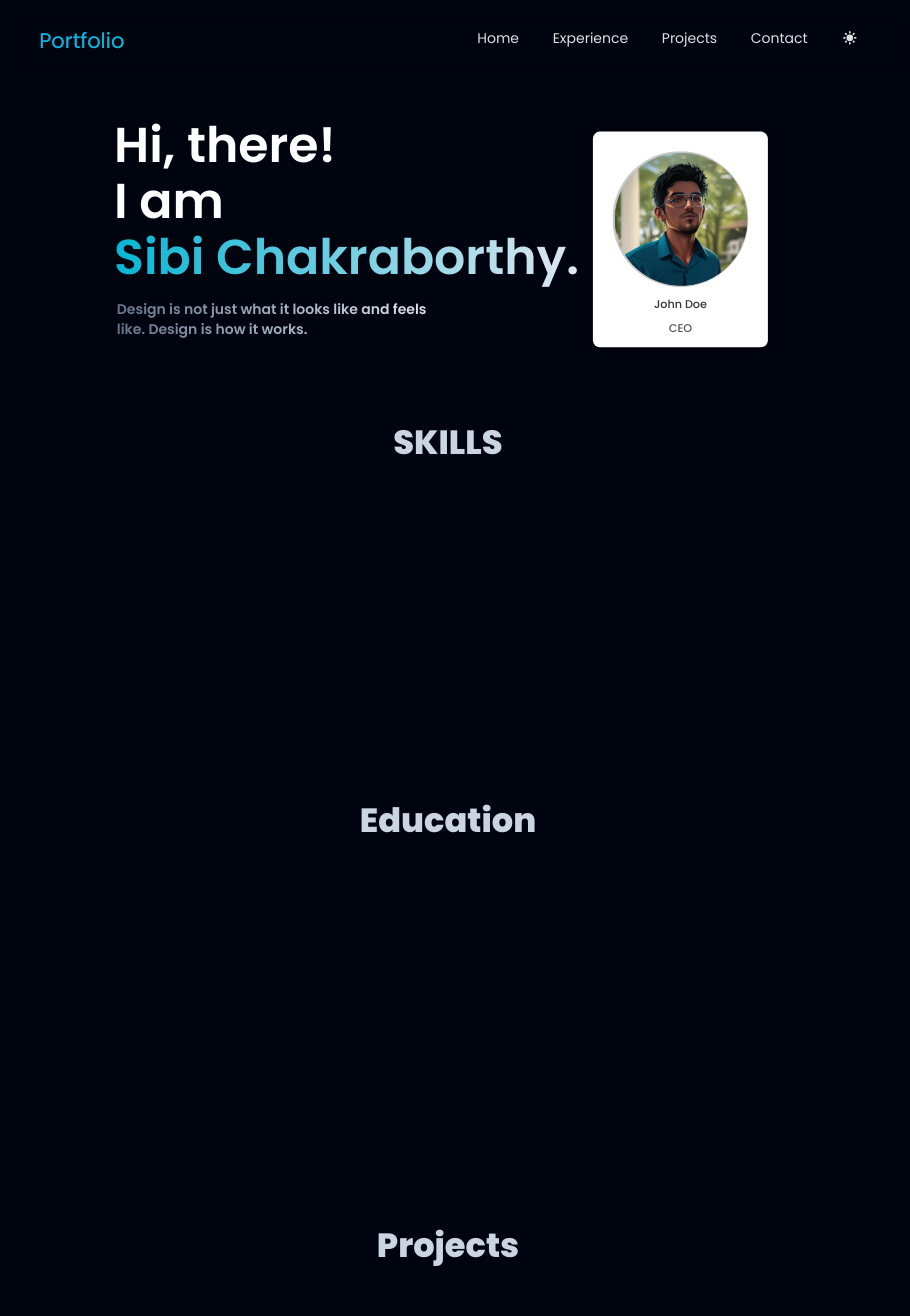
Repository: sibi24sibi/MyPersonalPortfolio
Page: /
The author's editor kept a copy of each file at every save. The page is drawn from the files as they stood at one save, then again after the next save.
The browser window is 1280 px wide. The page is 1300 px wide, so the pictures cover 1300 px, including what lies to the right of the window. The pictures show the part of the page from y = 0 to 1880 px (the page is 3414 px tall), at 70% of full size.
The project was rebuilt for these pictures with package versions that can differ from the ones it lists, and the page was loaded fresh each time. Also part of the build but not shown: vite.config.js, src/components/Menu.jsx, src/components/Footer.jsx.

Above is the page before, as saved 2024-05-03 17:41:45.

### index.html
<!DOCTYPE html>
<html lang="en">

<head>
  <meta charset="UTF-8" />
  <link rel="icon" type="image/svg+xml" href="" />
  <meta name="viewport" content="width=device-width, initial-scale=1 , maximum-scale=1 ,user-scalable=no" />
  <title>
    Personal Portfolio
  </title>
</head>

<body className="darkMode">
  <div id="root" className="px-5 w-screen"></div>
  <script type="module" src="/src/main.jsx"></script>
</body>

</html>

### src/index.css
@import url('https://fonts.googleapis.com/css2?family=Poppins:wght@300;400;500;600;800&display=swap');
@tailwind base;
@tailwind components;
@tailwind utilities;

html {
    @apply overflow-x-hidden scroll-smooth
}

body {

    @apply dark:bg-[#00040f] bg-[#e2e2e2ab]
}

### src/App.jsx
import Navbar from "./components/Navbar";
import About from "./components/About";

import Education from "./components/Education";
import Projects from "./components/Projects";
import Skills from "./components/Skills";

import HashLoader from "react-spinners/HashLoader";
import CTA from "./components/CTA";
import MyEmailLayout from "./components/email";
import Footer from "./components/Footer";


import { useState, useEffect } from "react";

const override = {
  display: "flex",
  justifyContent: "center",
  alignItems: "center",
  marginTop: "5rem",
  borderColor: "red",
};

const App = () => {
  const [loading, setLoading] = useState(true);

  useEffect(() => {
    setLoading(true);
    setTimeout(() => {
      setLoading(false);
    }, 3000);
  }, []);
  return (
    <>
      {loading ? (
        <div className="flex h-screen w-screen justify-center items-center bg-[#00040f] ">
          <HashLoader
            color="#0891b2"
            loading={loading}
            cssOverride={override}
            size={90}
            aria-label="Loading Spinner"
            data-testid="loader"
          />
        </div>
      ) : (
        <div className=" flex flex-col justify-center items-center">
          <Navbar></Navbar>
          <About></About>
          <Skills></Skills>
          <Education></Education>
          <Projects></Projects>
          <CTA></CTA>
          <MyEmailLayout></MyEmailLayout>
          {/* <Footer></Footer> */}
        </div>
      )}
    </>
  );
};
export default App;

### src/components/Navbar.jsx
import { CgMenuRightAlt } from "react-icons/cg";
import { HiSun, HiMoon } from "react-icons/hi";
import { useState, useEffect } from "react";
import Menu from "./Menu";

const Navbar = () => {
  const [nav, setNav] = useState(false);

  const [theme, setTheme] = useState("light");

  useEffect(() => {
    if (theme === "dark") {
      document.documentElement.classList.remove("dark");
    } else {
      document.documentElement.classList.add("dark");
    }
  }, [theme]);

  const handleTheme = () => {
    setTheme(theme === "dark" ? "light" : "dark");
  };

  return (
    <>
      <section className="NAVBAR sticky top-0 backdrop-blur-[5px] z-10 pt-5  translate-x-[20px] min-w-full mt-5 font-['Poppins']  max-sm:p-2 max-sm:mx-1 max-sm:max-h-[48px] ">
        <div className="flex  justify-between capitalize md:ml-9 sm:ml-2">
          <div className="LOGO ">
            <a
              href="#"
              className="text-3xl bg-gradient-to-r from-blue-600 to-cyan-600 bg-clip-text text-transparent dark:text-cyan-500 max-sm:text-2xl"
            >
              {"Portfolio"}
            </a>
          </div>
          <div className="NAVLINKS min-w-full pr-9 text-[20px] translate-x-[-160px]  max-sm:hidden flex justify-end gap-12 text-[#00040f] dark:text-[#e1e1e1] ">
            <a href="#about" className=" hover:text-cyan-500">
              Home
            </a>
            <a href="#experience" className="hover:text-cyan-500">
              Experience
            </a>
            {/* <a href="#education" className="hover:text-cyan-500 ">
              Education
            </a> */}
            <a href="#projects" className="hover:text-cyan-500 ">
              Projects
            </a>
            <a href="#contact" className="hover:text-cyan-500 ">
              Contact
            </a>

            <button onClick={handleTheme}>
              {theme === "dark" ? (
                <HiMoon className="-translate-y-1 text-2xl" />
              ) : (
                <HiSun className="-translate-y-1 text-2xl" />
              )}
            </button>

            </div>
            </div>
          <button onClick={() => setNav(!nav)}>
            <CgMenuRightAlt className="hidden max-sm:block mr-5   absolute top-2  right-10 md:transform-none text-[#00040f] dark:text-[#e1e1e1] text-[32px]" />
          </button>


        {nav && <Menu />}

      </section>



    </>
  );
};
export default Navbar;

### src/components/About.jsx
import Lottie from "lottie-react";
import computer from "../assets/lottie/computer.json";
import Profile from "../assets/Profile.jpg";
import "./about-style.css";

const About = () => {
  return (
    <>
      <section
        id="about"
        className="p-5 mx-2 mb-10 font-medium font-['Poppins'] max-w-6xl max-sm:p-2 max-sm:mx-5"
      >
        <div className="WRAPPER mt-12 flex justify-between max-sm:flex-col gap-35">
        <div className="INTRO text-[70px] leading-[80px] font-semibold max-sm:text-[40px] max-sm:leading-[70px] max-sm:font-semibold">
            <h3 className="text-[#00040f] dark:text-white">
              Hi, there! <br />I am
            </h3>
            <span className="bg-clip-text text-transparent bg-gradient-to-r  from-blue-600 to-cyan-600 dark:from-cyan-500 dark:to-slate-200">
             Sibi Chakraborthy.

            </span>

            <p className="ABOUT h-[100px] text-xl max-sm:text-[15px] bg-clip-text text-transparent  bg-gradient-to-r  from-[#00040f] to-slate-500 dark:from-slate-500 dark:to-slate-200 max-w-[470px] mt-5 pl-1">
            Design is not just what it looks like and feels like. Design is how it works.
            </p>
          </div>
        <div className="div">



        <div className="team-member">
            <img src={Profile} alt="Profile"/>
            <h3>John Doe</h3>
            <p>CEO</p>
        </div>



        </div>
        </div>
      </section>
    </>
  );
};
export default About;

### src/components/Education.jsx
import Lottie from "lottie-react";
import education from "../assets/lottie/education.json";
import SAEC from "../assets/SAEC.png";
import AOS from "aos";

import { useEffect } from "react";

const Education = () => {
  useEffect(() => {
    AOS.init();
  }, []);
  return (
    <section
      id="education"
      className="EXPERIENCE max-w-6xl p-5 mx-20 mb-25 font-['Poppins']  max-sm:p-2 max-sm:mx-5"
    >
      <div className="WRAPPER mt-10">
        <h1 className="text-[#00040f] dark:text-slate-300 text-center font-extrabold text-5xl mb-5 max-sm:text-4xl   ">
          Education
        </h1>

        <div
          className="EDUCATION flex gap-7 justify-between flex-row-reverse max-sm:flex-col"
          data-aos="fade-right"
        >
          <div className="max-w-[520px] mt-[52px] p-7 max-sm:p-3">
            <div className="flex gap-5">
              <img
                src={SAEC}
                alt="SAEC"
                className="w-[150px] h-[100px]"
              />
              <h1 className="bg-clip-text text-transparent bg-gradient-to-r max-sm:text-[17px] from-amber-500 via-orange-600 to-yellow-500 dark:from-[#ff6600] dark:to-slate-100 font-semibold text-2xl w-[300px] h-[100px] tracking-wider ">
                Syed Ammal engineering college
              </h1>
            </div>

            <div className="mt-7 flex flex-col gap-5 text-left pl-4">
              <h3 className="capitalize  text-slate-800 dark:text-slate-300 text-xl max-sm:text-lg">
                Bachelor of technology
              </h3>
              <p className="italic capitalize text-gray-500 dark:text-slate-500 text-xl max-sm:text-lg leading-9">
                November 2020 - May 2024
              </p>

              <p className="capitalize text-gray-500 dark:text-slate-500 text-xl max-sm:text-lg leading-9">
                Computer Science and Engineering
              </p>
            </div>
          </div>
          <Lottie
            animationData={education}
            loop={true}
            className="max-w-[500px]"
          />
        </div>
      </div>
    </section>
  );
};
export default Education;

### src/components/Skills.jsx
import {
  HTML,
  CSS,
  Github,
  Git,
  Vite,
  TailwindCSS,
  react,
  Python,
  Javascript,
  CPP,
  C,
  Vue,
  nodejs
} from "../constants/Constant";

import AOS from "aos";
import "aos/dist/aos.css";
import { useEffect } from "react";
import Image from "./Img_prop";

const Skills = () => {
  useEffect(() => {
    AOS.init();
  }, []);
  return (
    <>
      <section className="EXPERIENCE p-5  mb-10 max-w-6xl  font-['Poppins']  max-sm:p-2 max-sm:mx-5">
        <div>
        <h1 className="text-[#00040f] dark:text-slate-300 font-extrabold text-5xl text-center max-sm:text-4xl ">
          SKILLS
        </h1>
        </div>
        <div
          className=" grid place-content-start  grid-cols-3 gap-4 max-sm:p-2 mt-10"
          data-aos="zoom-out-up"
        >
          <Image img={HTML}></Image>
          <Image img={CSS}></Image>
          <Image img={Javascript}></Image>
          <Image img={react}></Image>
          <Image img={TailwindCSS}></Image>
          {/* <Image img={Vue}></Image>
          <Image img={CPP}></Image>
          <Image img={C}></Image> */}
          <Image img={Python}></Image>
          {/* <Image img={Vite}></Image> */}
          <Image img={Git}></Image>
          <Image img={Github}></Image>
          <Image img={nodejs}></Image>
        </div>
      </section>
    </>
  );
};
export default Skills;

### src/components/CTA.jsx
function CTA() {
  const resumeLink = "/Sibi-Chakraborthy-V.pdf";
  return (
    <div id="resume" className="pt-36 max-w-6xl resume relative w-full flex justify-center ">

      <div className="pt-14 mx-20 pb-40">
        <h2 className="text-4xl md:text-5xl max-sm:text-[35px] max-sm:leading-[60px] font-bold mb-10 text-[#00040f] dark:text-white text-center">
          Need to know about me more
        </h2>
        <div className="flex justify-center ">
        <a
          href={resumeLink}
          className="cursor-pointer font-bold whitespace-nowrap
        mt-6 px-8 py-3 dark:text-[#e1e1e1] border-2 rounded-full border-[#808080]  bg-bg hover:bg-fun-pink hover:border-fun-pink transition-colors inline-flex items-center"
        >
          <svg class="fill-current w-4 h-4 mr-2" xmlns="http://www.w3.org/2000/svg" viewBox="0 0 20 20"><path d="M13 8V2H7v6H2l8 8 8-8h-5zM0 18h20v2H0v-2z"/></svg>
          <span>Resume</span>

        </a>

        </div>
      </div>


    </div>
  );
}

export default CTA;

### src/components/email.jsx
import React, { useRef, useEffect } from "react";
import emailjs from '@emailjs/browser';



const MyEmailLayout = () => {
  const form = useRef();

  useEffect(() => {
    // Initialize emailjs
    emailjs.init('-fw29uVaf1UZJqOVT');
  }, []);

  const sendEmail = (e) => {
    e.preventDefault();

    emailjs

      .sendForm('service_hgvjibu', 'template_f9rmzk9', form.current)
      .then(
        () => {
          alert('Email sent successfully!');
        },
        (error) => {
          alert('Failed to send email. Please try again later.');
          console.error('Email Error:', error);
        }
      );
  };

  return (
    <div   className="mb-20 max-w-6xl" id="contact">

      <div className=" mx-10 max-sm:mx-5 ">
      <div className="div">
      <h1 className="text-2xl dark:text-[#e1e1e1] font-bold mb-4 ">SEND ME A EMAIL</h1>
      </div>
      <form ref={form} onSubmit={sendEmail}>
        <div className="grid  grid-cols-2 gap-4 flex justify-center">
          <div>
            <label htmlFor="name" className="dark:text-[#e1e1e1]">Name</label>
            <input
              type="text"
              id="name"
              name="user_name"
              className="px-3 py-2 placeholder-gray-400 text-gray-600 relative dark:bg-slate-300 bg-stone-300 rounded text-sm border-0 shadow outline-none focus:outline-none focus:ring  w-full"
            />
          </div>
          <div>
            <label htmlFor="email" className="dark:text-[#e1e1e1]">Email</label>
            <input
              type="email"
              id="email"
              name="user_email"
              className="px-3 py-2 placeholder-gray-400 text-gray-600 relative dark:bg-slate-300 bg-stone-300 rounded text-sm border-0 shadow outline-none focus:outline-none focus:ring w-full"
            />
          </div>
        </div>
        <label htmlFor="message" className="dark:text-[#e1e1e1]">Message</label>
        <textarea
          placeholder=""
          name="message"
          className="px-3 py-2 placeholder-gray-400 text-gray-600 relative dark:bg-slate-300 bg-stone-300 rounded text-sm border-0 shadow outline-none focus:outline-none focus:ring h-40 w-full "
        ></textarea>
        <button
          type="submit"
          className="bg-blue-500 rounded-full text-white px-4 py-2 mt-4 float-right"
          value="Send"
        >
          Send Email
        </button>
      </form>
      </div>
    </div>
  );
};

export default MyEmailLayout;

### src/components/about-style.css


.team-member {
    text-align: center;
    margin: 20px;
    background-color: #fff; /* White background for each team member */
    padding: 15px; /* Add padding for better visual appeal */
    border-radius: 10px; /* Add rounded corners */
    box-shadow: 0 0 10px rgba(0, 0, 0, 0.1); /* Add a subtle box shadow */
}

.team-member img {
    width: 200px;
    height: 200px;
    border-radius: 50%;
    object-fit: cover;
    margin: 10px;

/* Additional styling for the image */
border: 3px solid #fff; /* Add a white border around the image */
/* transition: transform 0.3s ease-in-out; Add a smooth transition effect */

/* Hover effect: Scale the image slightly on hover */
/* cursor: pointer; */
}

/* Add a hover effect for better user interaction */
.team-member img:hover {
transform: scale(1.1);
}


.team-member h3 {
    margin: 10px 0;
    color: #333; /* Darken the text color */
}

.team-member p {
    color: #555;
}

### src/components/Project_prop.jsx
/* eslint-disable react/prop-types */

import "./proj_style.css";


const Project_prop = (props) => {
  return (
    <>



      <div className="card bg-blue-100 dark:bg-sky-950 rounded-lg shadow-lg aspect-w-16 aspect-h-9 ">
        <h3
        className="title capitalize font-bold h-20 text-slate-800 dark:text-slate-300 text-xl max-sm:text-lg m-5 text-center"
        >
          {props.title}
        </h3>
            <div className="bar h-1 min-w-40 dark:bg-gray-800  bg-slate-600  mx-5"></div>
        <div className="flex gap-1 ml-3 mt-3 ">
                {props.react}
                {props.vite}
                {props.html5}
                {props.css3}
                {props.php}
                {props.mysql}
                {props.javascript}
                {props.tailwindcss}
                {props.laravel}
                {props.bootstrap}
                {props.wordpress}

        </div>
        <p className="dark:text-slate-500 mt-2 text-sm px-5  select-none">
          {props.para}
        </p>
      </div>




    </>
  );
};
export default Project_prop;

### src/constants/Constant.jsx
import C from "../assets/C.png";
import CPP from "../assets/CPP.png";
import HTML from "../assets/HTML.png";
import Github from "../assets/Github.png";
import CSS from "../assets/CSS.png";
import Python from "../assets/Python.png";
import Javascript from "../assets/Javascript.png";
import Git from "../assets/Git.png";
import Vite from "../assets/Vite.png";
import TailwindCSS from "../assets/TailwindCSS.png";
import react from "../assets/react.png";
import Vue from "../assets/vue.png";
import nodejs from "../assets/nodejs.png";

import Hackthechain from "../assets/HackTheChainLogo.png";
import GSSOC from "../assets/GSSoc.jpg";
import IITB from "../assets/IITB.png";
import Sports from "../assets/Sports_Club.png";
import IIITians from "../assets/IIITians_Network.png";
import GDSC from "../assets/GDSC.png";
import KDE from "../assets/kde.png";
import Oppia from "../assets/oppia.png";

import GPT4 from "../assets/gpt4.jpg";
import Portfolio from "../assets/portfolio.jpg";
import Rocket from "../assets/Rocket.jpg";
import Game from "../assets/Stone.jpg";
import WellBeing from "../assets/well-being.jpg";

export {
  C,
  CPP,
  HTML,
  CSS,
  Github,
  Git,
  Vite,
  TailwindCSS,
  react ,
  Python,
  Javascript,
  Vue,
  Hackthechain,
  GSSOC,
  IITB,
  Sports,
  IIITians,
  GPT4,
  Portfolio,
  Rocket,
  WellBeing,
  Game,
  GDSC,
  KDE,
  nodejs,
  Oppia,
};

### src/components/Img_prop.jsx
const Img_prop = ({ img }) => {
  return (
    <>
      <div className="mr-60 w-[100px] max-sm:w-[75px] h-[100px] max-sm:h-[75px] shadow-xl shadow-slate-300 dark:shadow-lg dark:shadow-blue-500/50 bg-gradient-to-bl from-[#ccc] to-[#eee] dark:from-[#051937] dark:to-[#222] rounded-full place-content-center grid translate-x-[100px] max-sm:translate-x-1">
        <img src={img} alt="html" className="max-sm:h-[45px] h-[55px] " />
      </div>
    </>
  );
};
export default Img_prop;

### src/components/proj_style.css



  .card {
    position: relative;
    left: 0px;
    width: 200px;
    height: fit-content;
    min-height: 320px;
    padding-bottom: 10px;
  }

  .card:not(:first-child) {
      margin-left: -50px;
  }

  .card:hover {
    transform: translateY(-20px);
    transition: 0.4s ease-out;
  }

  .card:hover ~ .card {
    position: relative;
    left: 50px;
    transition: 0.4s ease-out;
  }

@media only screen and (max-width: 600px) {
  .card {
    position:unset;
    left:unset;
    padding-bottom:unset;
    margin: 10px;;
    padding-bottom:unset;
  }
  .card:hover {
    transform:unset ;
    transition:unset;
    margin-left:unset;
  }
  .card:not(:first-child) {
    margin-left:10px;

  }
  .card:hover ~ .card {
    position:unset;
    left:unset;
    transition:unset;
  }
}

Loaded but not shown: src/main.jsx (common file); src/assets/lottie/computer.json (common file); src/assets/lottie/Education.json (common file); tailwind.config.js (common file); src/components/Projects.jsx (189 lines, source omitted)

After the next save:
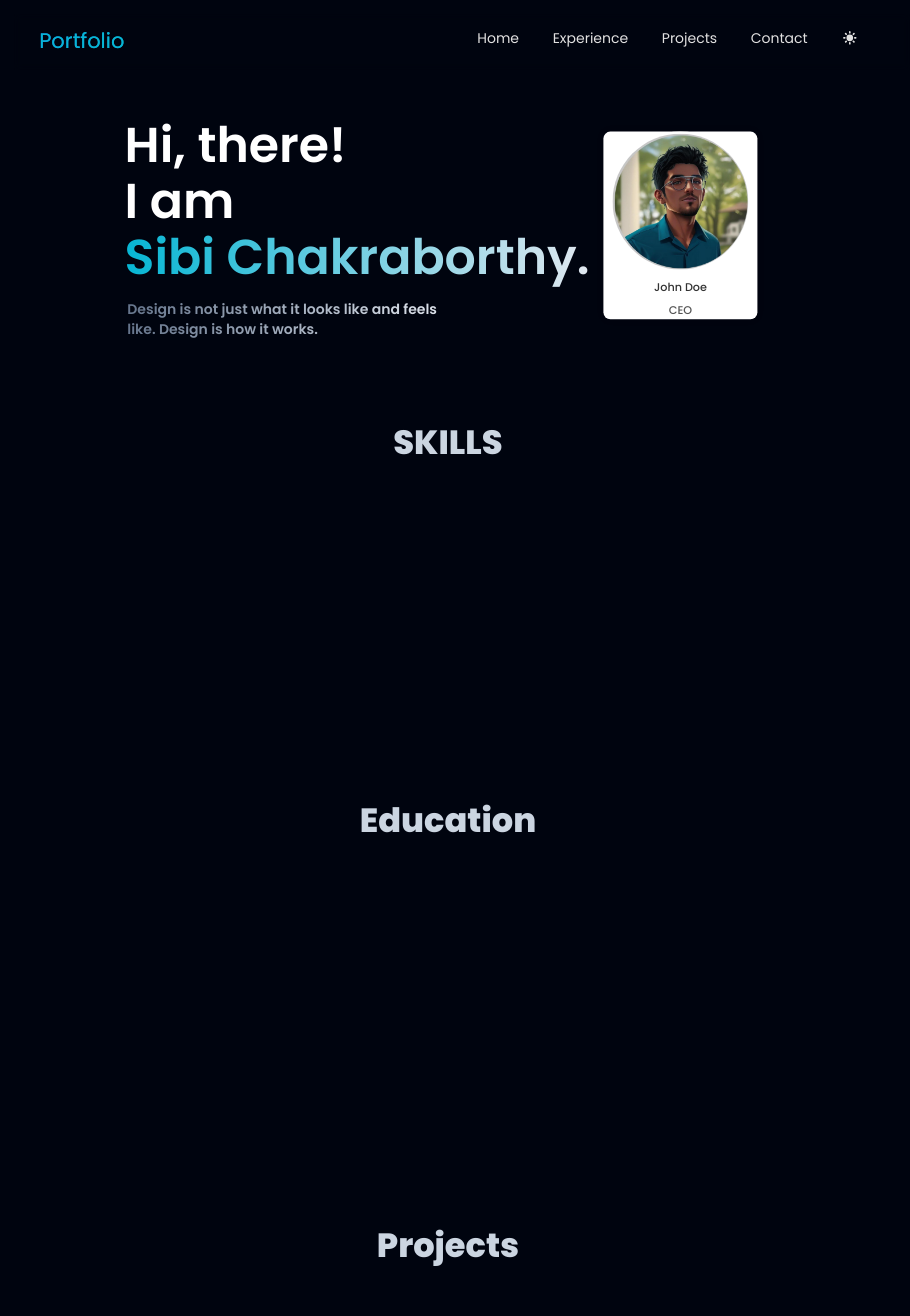
Saved 27 s later.
--- a/src/components/about-style.css
+++ b/src/components/about-style.css
@@ -4,7 +4,7 @@
     text-align: center;
     margin: 20px;
     background-color: #fff; /* White background for each team member */
-    padding: 15px; /* Add padding for better visual appeal */
+    /* padding: 15px; Add padding for better visual appeal */
     border-radius: 10px; /* Add rounded corners */
     box-shadow: 0 0 10px rgba(0, 0, 0, 0.1); /* Add a subtle box shadow */
 }

After the save that followed:
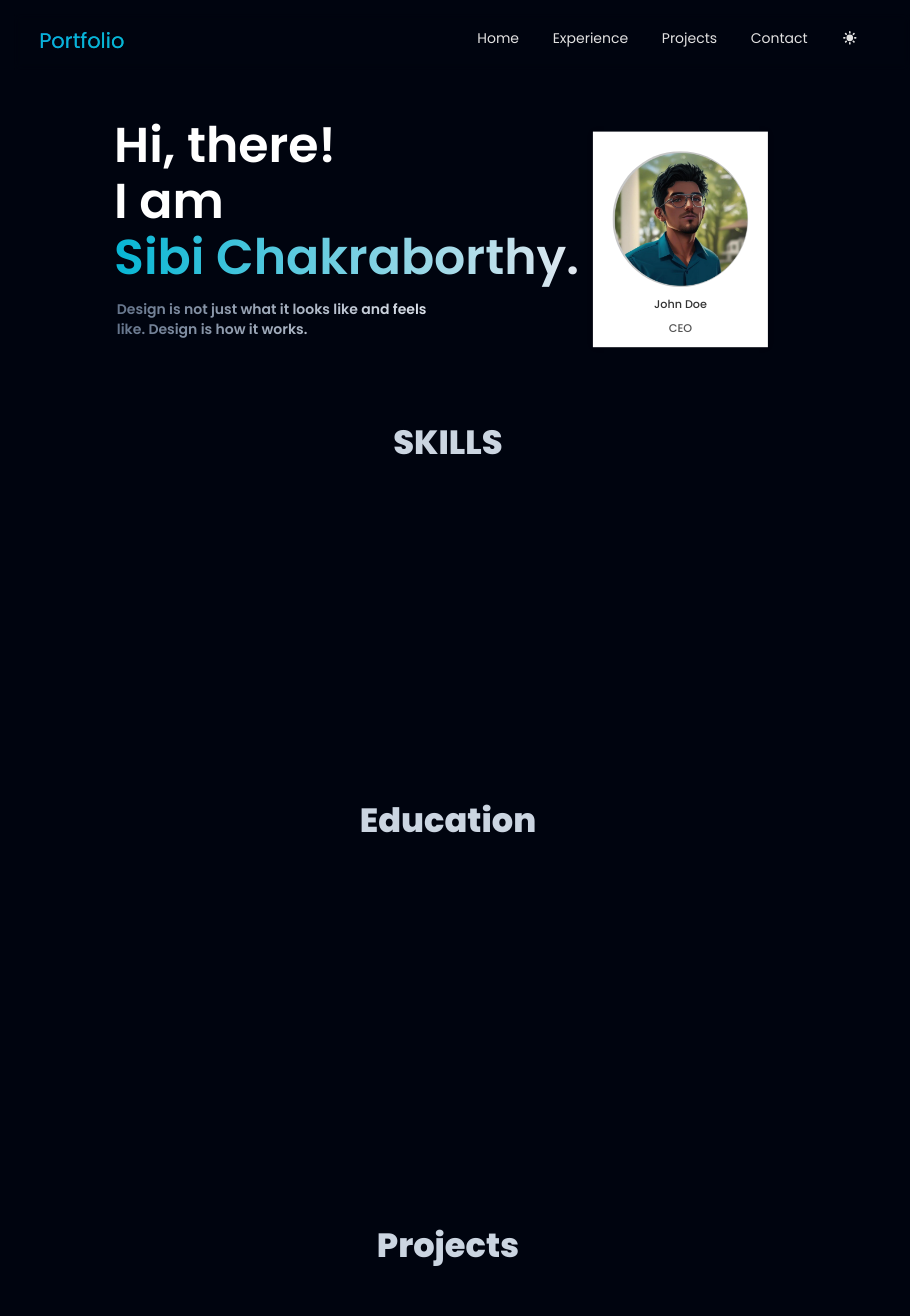
Saved 11 s later.
--- a/src/components/about-style.css
+++ b/src/components/about-style.css
@@ -4,7 +4,7 @@
     text-align: center;
     margin: 20px;
     background-color: #fff; /* White background for each team member */
-    /* padding: 15px; Add padding for better visual appeal */
+    padding: 15px; Add padding for better visual appeal
     border-radius: 10px; /* Add rounded corners */
     box-shadow: 0 0 10px rgba(0, 0, 0, 0.1); /* Add a subtle box shadow */
 }
